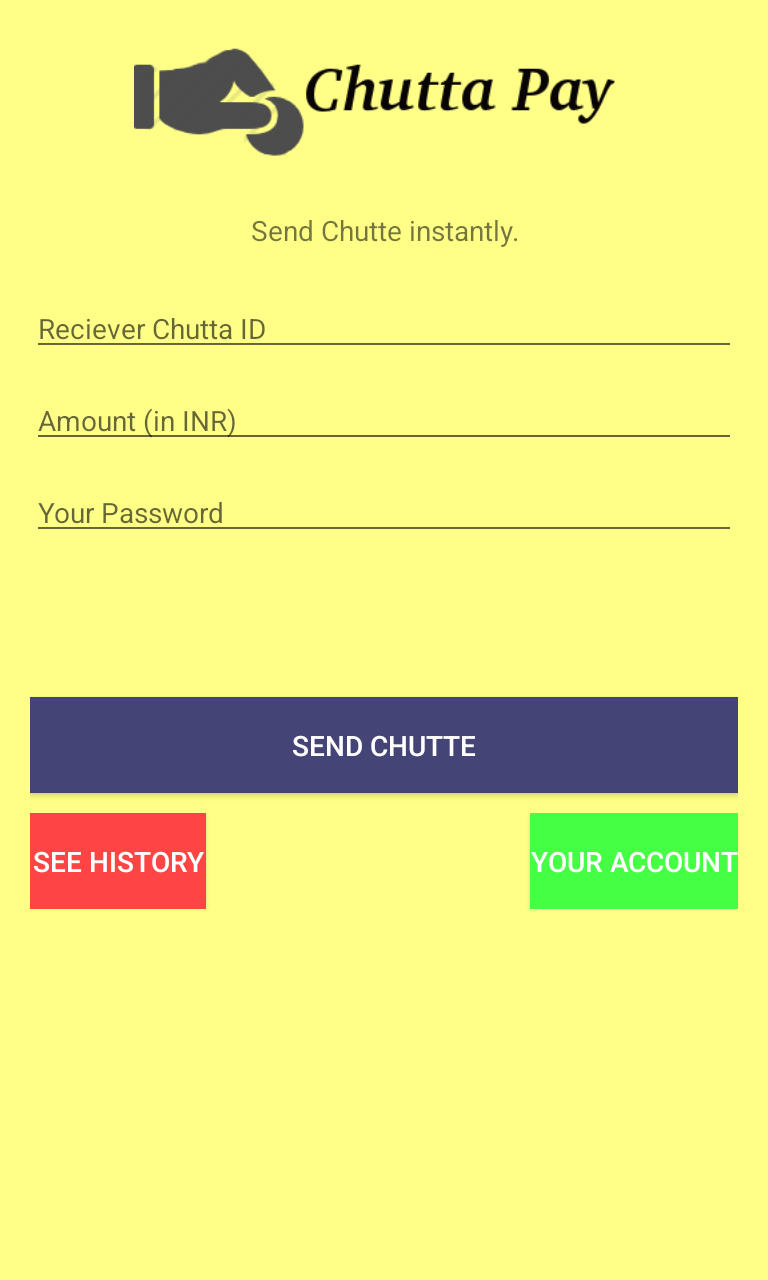
Repository: pankajksharma/chutta-pay
Layout: ChuttaPay/res/layout/payment.xml
These files come from the project's save history. The layout is drawn as it stood at one moment and after the next save; the edit follows.
It is drawn on a 768 x 1280 px phone screen (xhdpi) without system bars, with theme AppTheme; the app's code is not run. The app's manifest (not shown) leaves right-to-left support off. So textAlignment, textDirection and layoutDirection are ignored, and left and right values win over start and end ones.

Above is the layout before, as saved 2014-04-26 16:02:55.

After the next save:
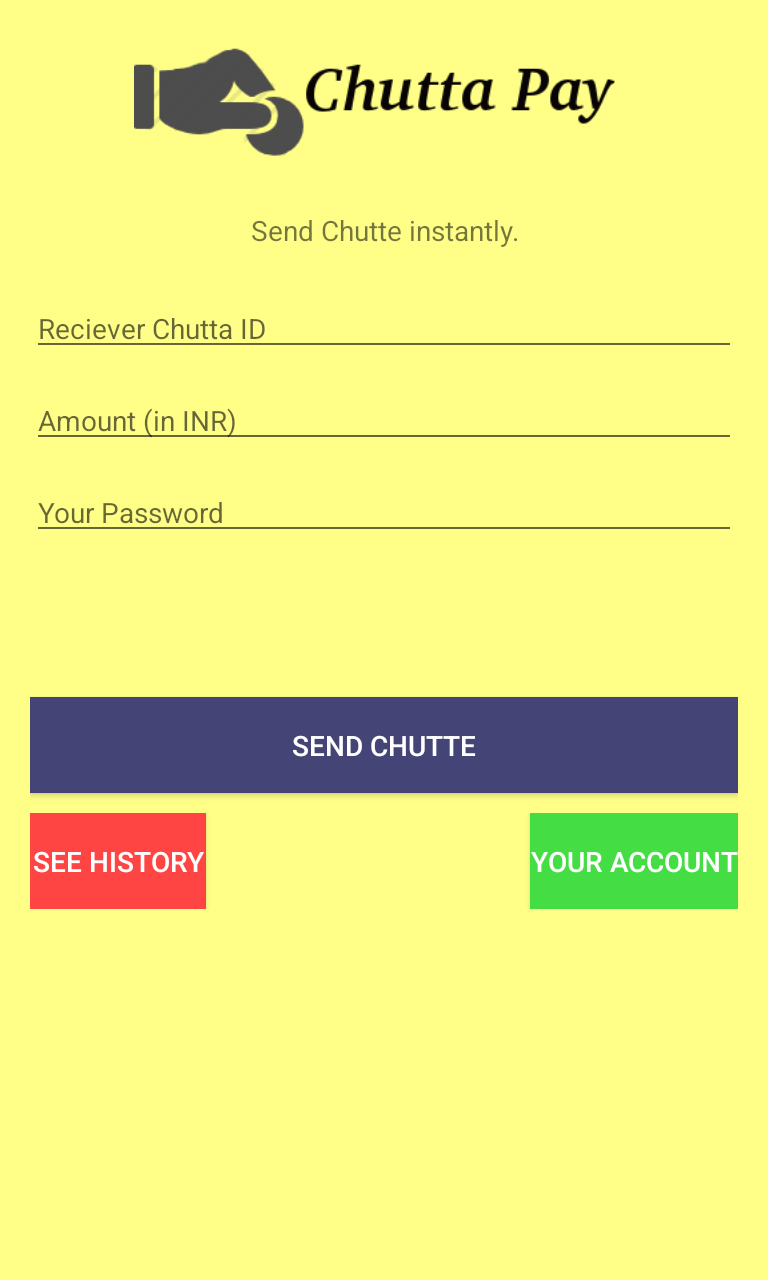
Saved 10 s later.
--- a/ChuttaPay/res/layout/payment.xml
+++ b/ChuttaPay/res/layout/payment.xml
@@ -96,7 +96,7 @@
 	        android:layout_width="wrap_content"
 	        android:layout_height="wrap_content"
 	        android:layout_alignParentRight="true"
-	        android:background="#44ff44"
+	        android:background="#44dd44"
 	        android:text="Your Account"
 	        android:textColor="#ffffff" />
 
